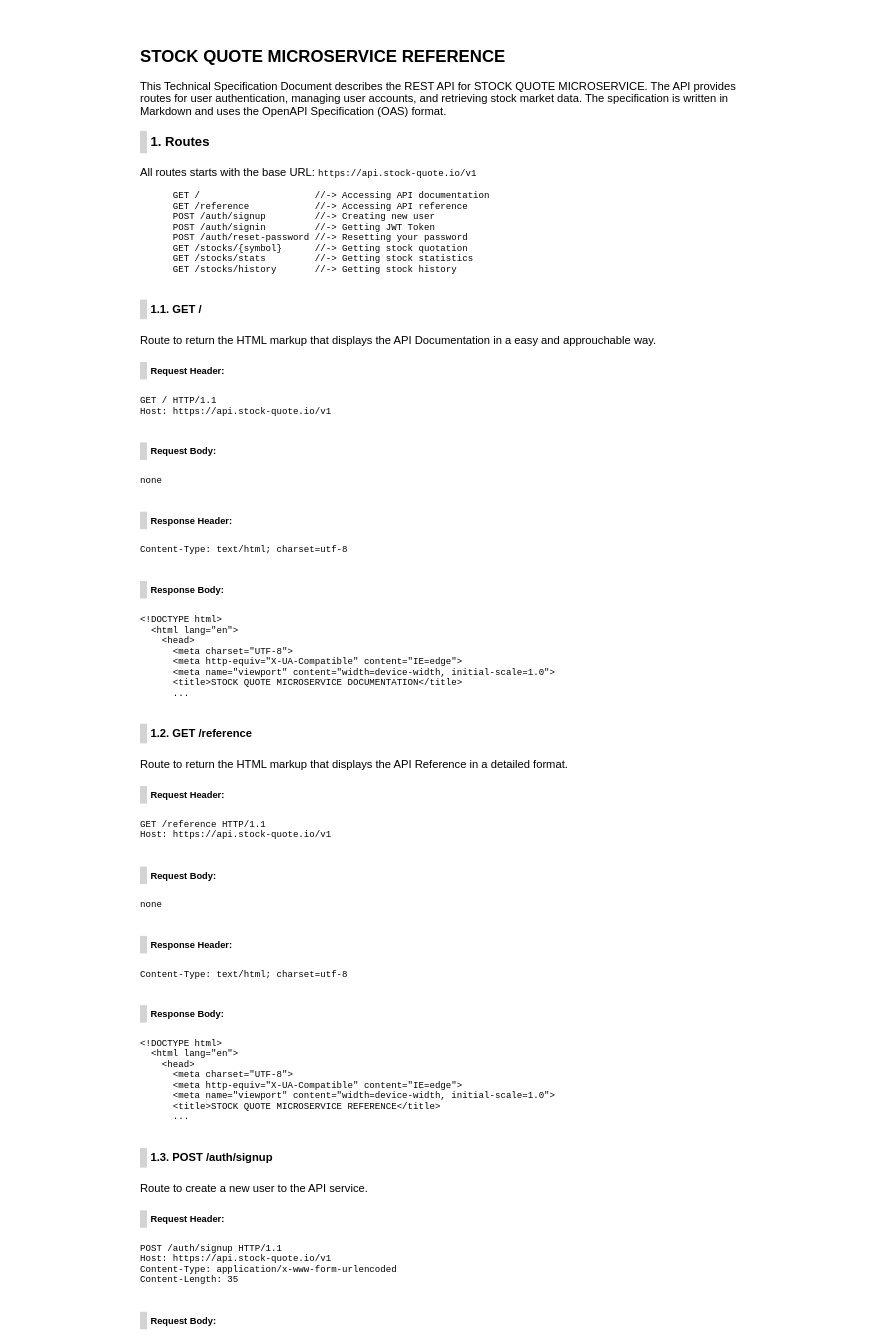
Repository: miguelamello/nest-js
Page: stock-service/reference.html
The author's editor kept a copy of each file at every save. The page is drawn from the files as they stood at one save, then again after a run of saves.
The browser window is 1280 px wide. The pictures show the part of the page from y = 0 to 1920 px (the page is 3468 px tall), at 70% of full size.

Above is the page before, as saved 2023-04-03 14:22:06.

After the next 2 saves:
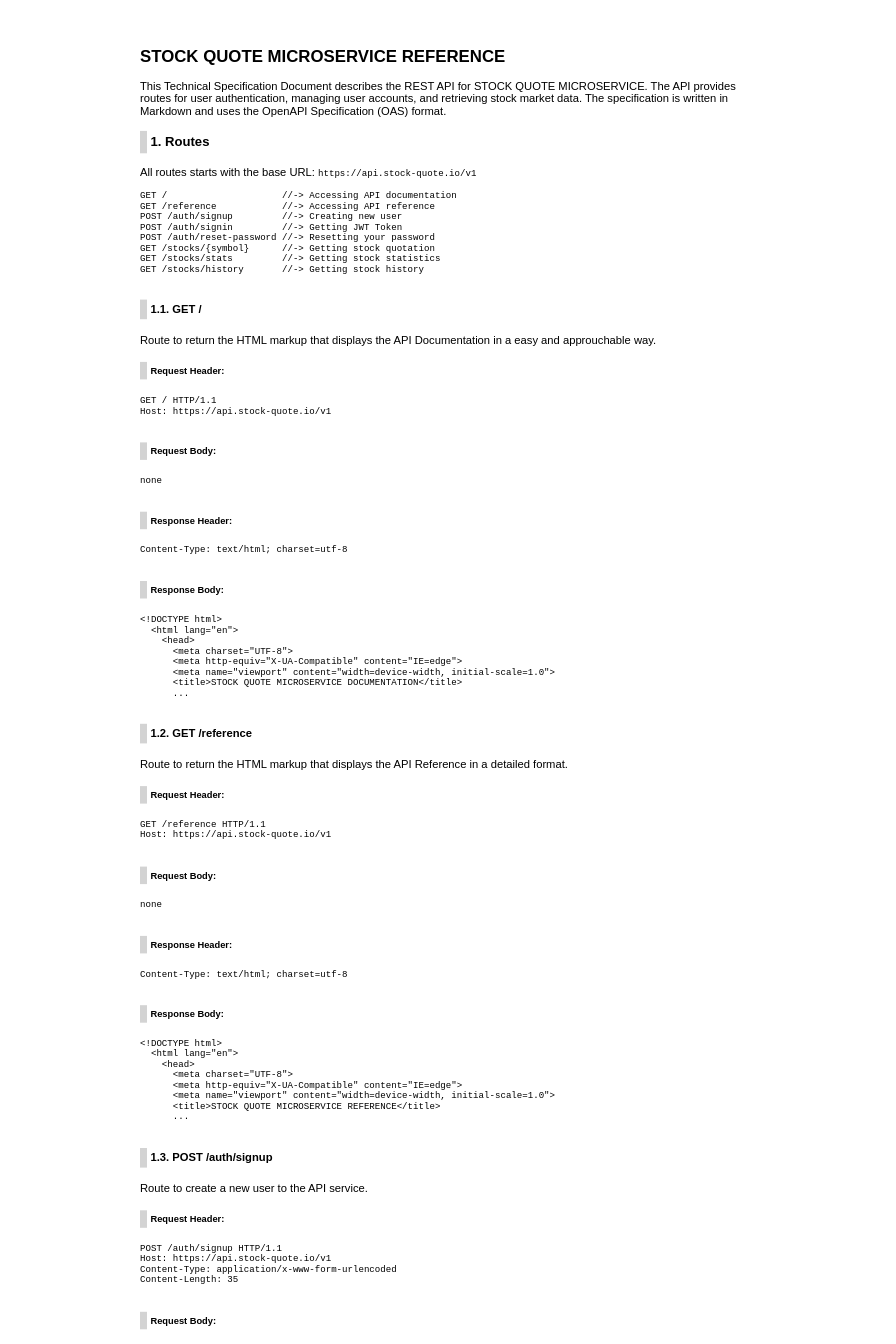
The 2 saves are shown as one change because they came seconds apart.
The last was saved 8 s later.
--- a/stock-service/reference.html
+++ b/stock-service/reference.html
@@ -43,15 +43,15 @@
     </p>
 
     <pre>
-      GET /                     //-> Accessing API documentation
-      GET /reference            //-> Accessing API reference
-      POST /auth/signup         //-> Creating new user
-      POST /auth/signin         //-> Getting JWT Token
-      POST /auth/reset-password //-> Resetting your password
-      GET /stocks/{symbol}      //-> Getting stock quotation
-      GET /stocks/stats         //-> Getting stock statistics
-      GET /stocks/history       //-> Getting stock history
-        </pre>
+GET /                     //-> Accessing API documentation
+GET /reference            //-> Accessing API reference
+POST /auth/signup         //-> Creating new user
+POST /auth/signin         //-> Getting JWT Token
+POST /auth/reset-password //-> Resetting your password
+GET /stocks/{symbol}      //-> Getting stock quotation
+GET /stocks/stats         //-> Getting stock statistics
+GET /stocks/history       //-> Getting stock history
+    </pre>
   </p>
 
   <!-- 1.1. GET /  -->
